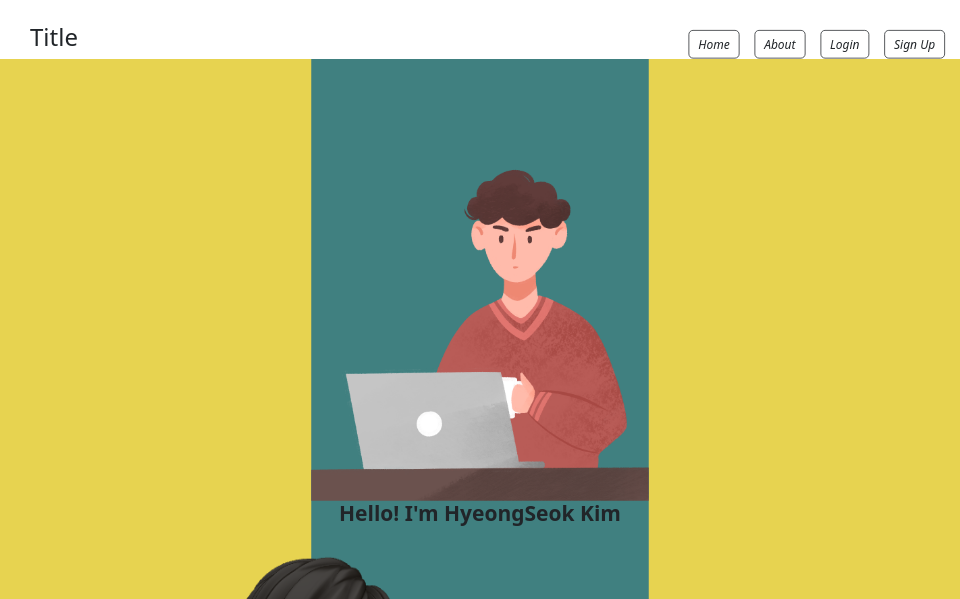
Repository: beruzz/ezen
Page: http://localhost/introduce/
An editor plug-in stored every save of this project. The page is shown before and after the next save, followed by the edit.
The browser window is 1280 px wide. The pictures show the whole page, at 75% of full size.
An inner scrolling area shows only its first screen. The page is served by Tomcat 9. Other server files are loaded and not shown. The template is opened directly, without the code that normally fills it, so the values that code supplies are empty.

Above is the page before, as saved 2022-12-14 08:19:55.

### JSP_Board&Member/introduce/src/main/webapp/index.jsp
<%@ page language="java" contentType="text/html; charset=UTF-8"
	pageEncoding="UTF-8"%>
<%@ taglib uri="http://java.sun.com/jsp/jstl/core" prefix="c"%>
<!DOCTYPE html>
<html>
<head>
<meta charset="UTF-8">
<title>Insert title here</title>
<link rel="stylesheet" href="/css/main.css">
<link rel="stylesheet" href="/css/scroll.css">
<!-- CSS only -->
<link
	href="https://cdn.jsdelivr.net/npm/bootstrap@5.2.2/dist/css/bootstrap.min.css"
	rel="stylesheet"
	integrity="sha384-Zenh87qX5JnK2Jl0vWa8Ck2rdkQ2Bzep5IDxbcnCeuOxjzrPF/et3URy9Bv1WTRi"
	crossorigin="anonymous">
</head>
<body>

	<header id="header">
		<h2 class="title">Title</h2>
		<nav class="menu">
			<ul>
				<li><a href="/" class="btn btn-outline-dark">Home</a></li>
				<li><a href="" class="btn btn-outline-dark">About</a></li>
				<c:if test="${ses.id eq null }">
					<li><a href="/mc/login" class="btn btn-outline-dark">Login</a></li>
				</c:if>
				<li><a href="/mc/join" class="btn btn-outline-dark">Sign Up</a></li>
			</ul>
			<c:if test="${ses.id ne null && ses.id ne '' }">
				${ses.id }님 로그인 완료 <br>
				<a href="/mc/logout?id=${ses.id }"><button type="button"
						class="btn btn-outline-dark">로그아웃</button></a>
				<br>
			</c:if>
		</nav>
	</header>
	<div id="container">
		<div class="list">
			<div class="one">
				<span class="profile"><img src="/images/me.png"
					width="450px;" height="450px" alt=""></span>
				<h3>
					<strong>Hello! I'm HyeongSeok Kim</strong>
				</h3>
			</div>
		</div>

		<div class="list">
			<div class="two">
				<img class="me" src="/images/me2.png" alt="" width="450px;"
					height="500px">
				<h3 class="intext">
					<strong>What would I lose if I learn coding?<br>Absoultely
						nothing!
					</strong><br> <br> Hello! I'm Kim. Welcome to my homepage.<br>
					After I came back to Korea, I was also in the service fields. <br>
					But I don't want to see myself in the same industry in the few
					years. <br> The reason I want to be a back-end engineer is
					that <br> there is no limits for studying and developing
					myself! <br> Achievement is one of my motivation of my life. <br>
					<br> To be a great developer, <br> achievement and
					developing myself constantly <br> is the most important thing,
					I think.
				</h3>
			</div>
		</div>
	</div>
</body>
</html>

### JSP_Board&Member/introduce/src/main/webapp/css/main.css
@charset "UTF-8";

header {
	align-items: center;
	list-style: none;
}

.title {
	float: left;
	margin-left: 40px;
	margin-top: 30px;
}

.one {
	background-size: cover;
	text-align: center;
	padding-top: 180px;
	padding-bottom: 130px;
	background-color: #408080;
}

ul {
	list-style: none;
	margin-right: 20px;
}

.menu {
	font-size: 20px;
	font-style: italic;
	float: right;
	margin-top: 40px;
}

.menu li {
	float: left;
	margin-left: 20px;
}

a {
	text-decoration: none;
	color: black;
}

.list {
	background-color: #e7d350;
	display: flex;
	justify-content: center;
	align-content: center;

}

### JSP_Board&Member/introduce/src/main/webapp/css/scroll.css
@charset "UTF-8";
#container{
    width:100%;
    height:100vh;
    overflow: auto;
    scroll-behavior: smooth;
    scroll-snap-type: y mandatory;
}

.list{
    width:100%;
    height:100vh;
    display: flex;
    justify-content: center;
    align-items: center;
    scroll-snap-align: center;
}

/* .list:nth-child(1){
    background-color: rgb(0, 0, 0);
    background-size: cover;
    background-attachment: fixed;
    background-position: center;
} */

.list:nth-child(2){
    background-color: #4e5a56;
    background-size: cover;
    background-attachment: fixed;
    background-position: center;
}

After the next save:
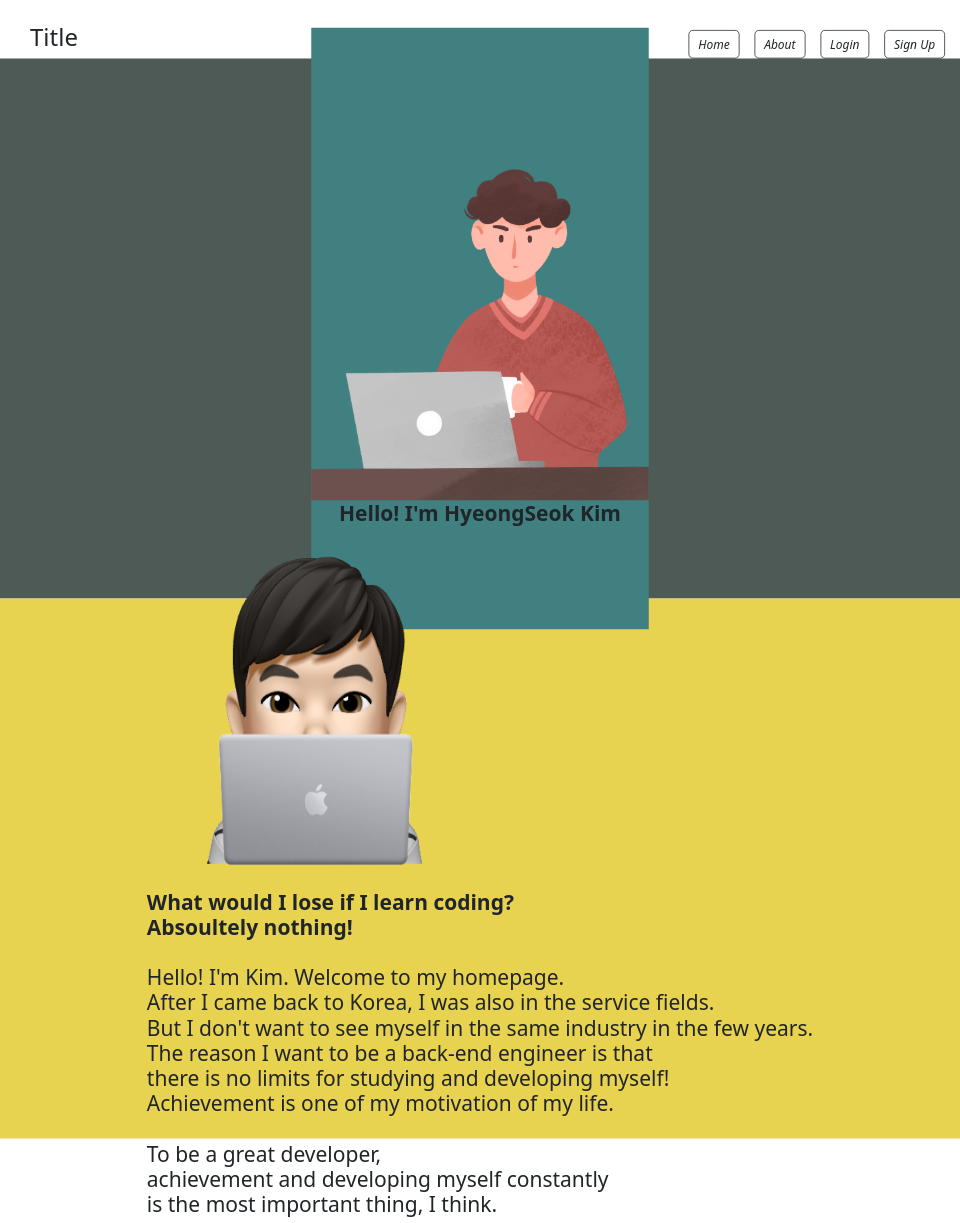
Saved 48 s later.
--- a/JSP_Board&Member/introduce/src/main/webapp/index.jsp
+++ b/JSP_Board&Member/introduce/src/main/webapp/index.jsp
@@ -36,7 +36,7 @@
 			</c:if>
 		</nav>
 	</header>
-	<div id="container">
+
 		<div class="list">
 			<div class="one">
 				<span class="profile"><img src="/images/me.png"
@@ -66,6 +66,6 @@
 				</h3>
 			</div>
 		</div>
-	</div>
+
 </body>
 </html>
